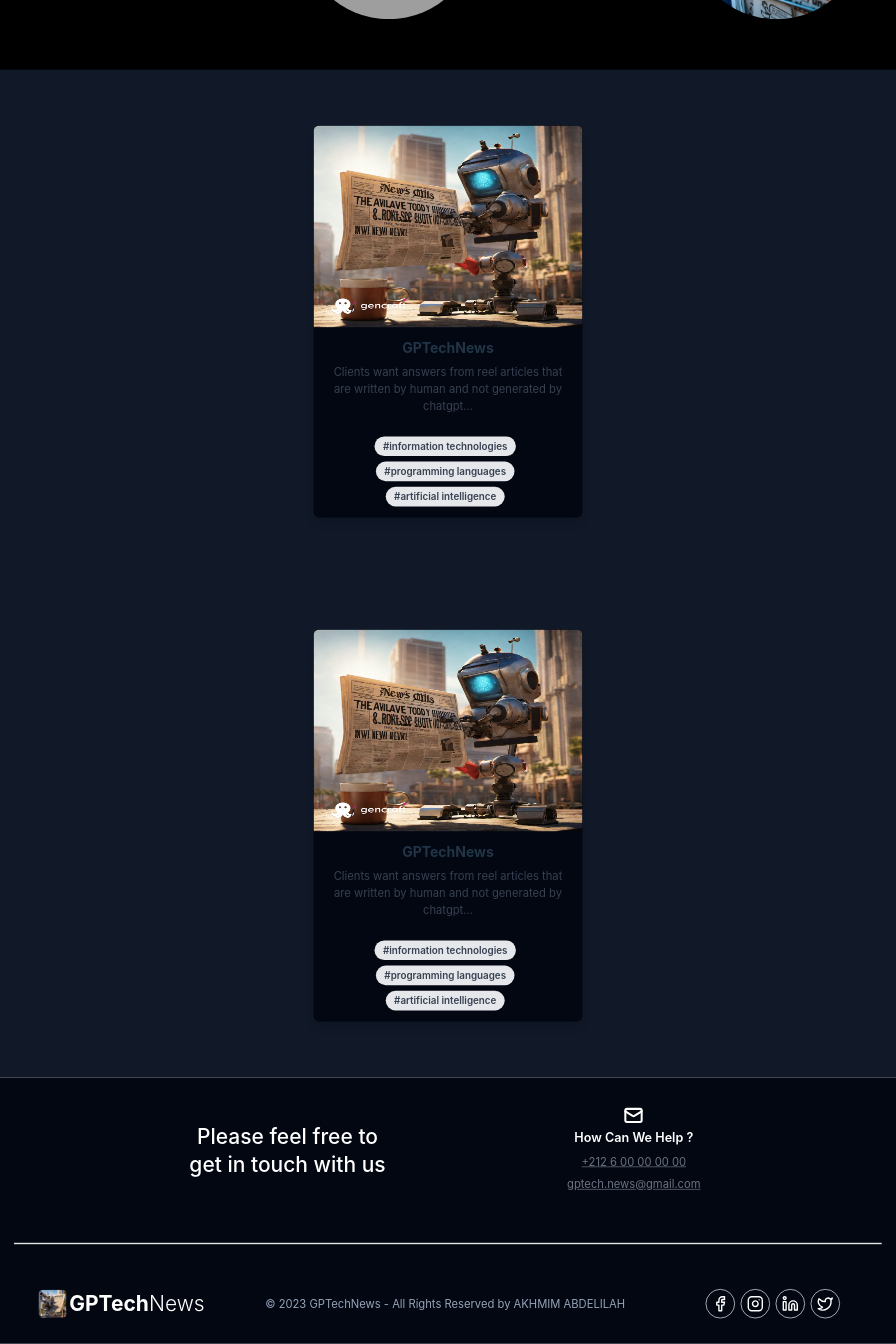
Repository: Lablab-me-Hackathon/gptech-news-frontend
Page: /
The author's editor kept a copy of each file at every save. The page is drawn from the files as they stood at one save, then again after the next save.
The browser window is 1280 px wide. The pictures show the part of the page from y = 668 to 2588 px (the page is 2588 px tall before and 2028 px after), at 70% of full size.
Pictures or frames that could not be fetched are drawn as grey boxes. The project was rebuilt for these pictures with package versions that can differ from the ones it lists, and the page was loaded fresh each time. Also part of the build but not shown: vite.config.js.

Above is the page before, as saved 2023-08-07 18:40:52.

### index.html
<!doctype html>
<html lang="en">
  <head>
    <meta charset="UTF-8" />
    <link rel="icon" type="image/svg+xml" href="/logo.png" />
    <meta name="viewport" content="width=device-width, initial-scale=1.0" />
    <title>GPTech News</title>
  </head>
  <body>
    <div id="root"></div>
    <script type="module" src="/src/main.jsx"></script>
  </body>
</html>

### src/App.jsx
import './styles/App.css'
import Header from './components/Header'
import Main from './components/Main';
import Footer from './components/Footer';

function App() {

  return (
    <div className='w-full h-full flex-box flex-col'>
     <Header />
      <Main />
      <Footer />
    </div>
  )
}

export default App

### src/styles/index.css
@tailwind base;
@tailwind components;
@tailwind utilities;

* {
  padding: 0;
  margin: 0;
}

@layer components {
  .menu-item {
    @apply p-2 text-stone-300 text-base font-normal cursor-pointer flex-1 border-black rounded hover:text-blue-950 uppercase;
  }
  .flex-box {
    @apply flex items-center justify-center;
  }
}

:root {
  font-family: Inter, system-ui, Avenir, Helvetica, Arial, sans-serif;
  line-height: 1.5;
  font-weight: 400;

  color-scheme: light dark;
  color: rgba(255, 255, 255, 0.87);
  background-color: #242424;

  text-rendering: optimizeLegibility;
  -webkit-font-smoothing: antialiased;
  -moz-osx-font-smoothing: grayscale;
}

a {
  font-weight: 500;
  color: #646cff;
  text-decoration: inherit;
}
a:hover {
  color: #535bf2;
}

body {
  min-width: 320px;
  min-height: 100vh;
}

h1 {
  font-size: 3.2em;
  line-height: 1.1;
}

button {
  border-radius: 8px;
  border: 1px solid transparent;
  padding: 0.6em 1.2em;
  font-size: 1em;
  font-weight: 500;
  font-family: inherit;
  background-color: #1a1a1a;
  cursor: pointer;
  transition: border-color 0.25s;
}
button:hover {
  border-color: #646cff;
}
button:focus,
button:focus-visible {
  outline: 4px auto -webkit-focus-ring-color;
}

@media (prefers-color-scheme: light) {
  :root {
    color: #213547;
    background-color: #ffffff;
  }
  a:hover {
    color: #747bff;
  }
  button {
    background-color: #f9f9f9;
  }
}

### src/styles/App.css
#root {
  /* margin: 0 auto; */
  text-align: center;
}

.logo {
  height: 6em;
  padding: 1.5em;
  will-change: filter;
  transition: filter 300ms;
}
.logo:hover {
  filter: drop-shadow(0 0 2em #646cffaa);
}
.logo.react:hover {
  filter: drop-shadow(0 0 2em #61dafbaa);
}

@keyframes logo-spin {
  from {
    transform: rotate(0deg);
  }
  to {
    transform: rotate(360deg);
  }
}

@media (prefers-reduced-motion: no-preference) {
  a:nth-of-type(2) .logo {
    animation: logo-spin infinite 20s linear;
  }
}

.card {
  padding: 2em;
}

.read-the-docs {
  color: #888;
}

### src/components/Header.jsx
import MenuItems from "../services/header/MenuItems";
import Logo from "../services/header/Logo";
import SignUp from "../services/header/SignUp";

// import "../styles/Header.css";

function Header() {
  return (
    <div className="header flex-box px-2 justify-around flex-col md:flex-row w-full h-full py-3 bg-gray-950 text-center">
      <Logo />
      <MenuItems />
      <SignUp />
    </div>
  );
}

export default Header;

### src/components/Main.jsx
import Articles from "../services/articles/Articles";
import Welcome from "../services/main/Welcome";
import Cards from "./../services/main/Cards";

function Main() {
  return (
    <div className="text-center w-full scroll-smooth bg-gray-900">
      <div className="w-full flex-box">
        <Welcome />
      </div>

      <div className="w-full flex-box py-20">
        <Cards />
      </div>

      <div className="w-full flex-box py-20">
        <Articles />
      </div>
    </div>
  );
}

export default Main;

### src/components/Footer.jsx

import TopFooter from './../services/footer/TopFooter';
import BotFooter from "../services/footer/BotFooter";

function Footer() {
  return (
    <div className="w-full h-full px-5 py-5 flex-box flex-col bg-gray-950 scroll-smooth text-center">
      <TopFooter />
      <div className="w-full h-px border border-neutral-200"></div>
      <BotFooter />
    </div>
  );
}

export default Footer;

### src/services/header/MenuItems.jsx
function MenuItems() {
  return (
    <div className="flex items-center justify-between py-5 ">
      <div className="menu-item">Home</div>
      <div className="menu-item">Why GPTechNews</div>
      <div className="menu-item">Start GPTechNews</div>
      <div className="menu-item">About us</div>
    </div>
  );
}

export default MenuItems;

### src/services/header/Logo.jsx

function Logo() {
  return (
    <div className="w-48 h-10 flex-box">
      <img className="w-10 h-10 mx-1 rounded-md" src="logo.png" alt='logo' />
      <div className="">
        <span className="text-white text-3xl font-bold">GPTech</span>
        <span className="text-white text-3xl font-light">News</span>
      </div>
    </div>
  )
}

export default Logo

### src/services/header/SignUp.jsx
import { LogIn } from "lucide-react";

function SignUp() {
  return (
    <div className="w-40 h-12 justify-center items-center inline-flex cursor-pointer uppercase">
      <div className="px-6 py-3.5 bg-gray-400 bg-opacity-25 rounded justify-start items-start gap-2.5 inline-flex">
        <div className="flex-box text-center text-white text-base font-semibold leading-tight">
          Sign up &nbsp;
          <LogIn />
        </div>
      </div>
    </div>
  );
}

export default SignUp;

### src/services/articles/Articles.jsx
import axios from "axios"
import { useEffect, useState } from "react"

function Articles() {
  const [articles, setArticles] = useState([])
  console.log(articles);
  const getArticles = async () => {
    try {
      const res = await axios.get('http://localhost:4000/')
      setArticles(res.data)
    } catch (error) {
      console.log(error)
    }
  }
  useEffect(() => {
    getArticles()
  }, []
  )
  return (
    <div>
      <div className="bg-gray-950 w-96 rounded-lg overflow-hidden shadow-lg">
        <img
          className="w-full h-72"
          src="ainews.jpg"
          alt="ai news article"
        />
        <div className="px-6 py-4">
          <div className="font-bold text-xl mb-2">GPTechNews</div>
          <p className="text-gray-700 text-base ">
            Clients want answers from reel articles that are written by human and not generated by chatgpt...
          </p>
        </div>
        <div className="px-6 pt-4 pb-2">
          <span className="inline-block bg-gray-200 rounded-full px-3 py-1 text-sm font-semibold text-gray-700 mr-2 mb-2">
            #information technologies
          </span>
          <span className="inline-block bg-gray-200 rounded-full px-3 py-1 text-sm font-semibold text-gray-700 mr-2 mb-2">
            #programming languages
          </span>
          <span className="inline-block bg-gray-200 rounded-full px-3 py-1 text-sm font-semibold text-gray-700 mr-2 mb-2">
            #artificial intelligence
          </span>
        </div>
      </div>
    </div>
  );
}

export default Articles;

### src/services/main/Welcome.jsx
import Button from "./Button";

function Welcome() {
  return (
    <div className="bg-black w-full text-white py-2 flex-box">
      <div className="w-full flex-box flex-col md:flex-row my-6">
        <div className="w-full lg:w-1/3 items-start p-8">
          <h1 className="text-3xl md:text-5xl p-2 text-yellow-300 tracking-loose">
            Welcome in GPTechNews
          </h1>
          <h2 className="text-3xl md:text-5xl leading-relaxed md:leading-snug mb-2">
            IT News : Grow your career
          </h2>
          <p className="text-sm md:text-base text-gray-50">
            Explore your favorite news and register now to stay up-to-date and
            discover exciting articles.
          </p>
          <Button />
        </div>
        <div className="flex-box p-8">
          <div className="flex-box">
            <div className="mx-3">
              <img
                className="w-96 h-96 rounded-full mt-28 hidden xl:block"
                src="googleNews.jpg"
              />
            </div>
            <div className="mx-3">
              <img
                className="w-96 h-96 rounded-full inline-block p-8 md:p-0"
                src="goodNews.jpg"
              />
            </div>
            <div className="mx-3">
              <img
                className="w-96 h-96 rounded-full mt-28 hidden lg:block"
                src="newsPaper.jpg"
              />
            </div>
          </div>
        </div>
      </div>
    </div>
  );
}

export default Welcome;

### src/services/main/Cards.jsx
function Cards() {
  return (
    <div>
      <div className="bg-gray-950 w-96 rounded-lg overflow-hidden shadow-lg">
        <img
          className="w-full h-72"
          src="ainews.jpg"
          alt="ai news article"
        />
        <div className="px-6 py-4">
          <div className="font-bold text-xl mb-2">GPTechNews</div>
          <p className="text-gray-700 text-base">
            Clients want answers from reel articles that are written by human and not generated by chatgpt...
          </p>
        </div>
        <div className="px-6 pt-4 pb-2">
          <span className="inline-block bg-gray-200 rounded-full px-3 py-1 text-sm font-semibold text-gray-700 mr-2 mb-2">
            #information technologies
          </span>
          <span className="inline-block bg-gray-200 rounded-full px-3 py-1 text-sm font-semibold text-gray-700 mr-2 mb-2">
            #programming languages
          </span>
          <span className="inline-block bg-gray-200 rounded-full px-3 py-1 text-sm font-semibold text-gray-700 mr-2 mb-2">
            #artificial intelligence
          </span>
        </div>
      </div>
    </div>
  );
}

export default Cards;

### src/services/footer/TopFooter.jsx
import { Mail} from "lucide-react";

function TopFooter() {
  return (
    <div className="top-footer w-full flex-box justify-evenly flex-col md:flex-row pb-12">
      <div className="text-white text-3xl font-medium leading-10 py-5">
        Please feel free to
        <br />
        get in touch with us
      </div>

      <div className="py-5 flex-box flex-col">
        <Mail size={28} strokeWidth={2.5} color="white" />
        <div className="py-1 text-white text-lg font-semibold leading-norma">
          How Can We Help ?
        </div>
        <div className="py-1 w-52 text-gray-500 text-base font-normal underline leading-normal">
          +212 6 00 00 00 00
        </div>

        <div className="py-1 w-52 text-gray-500 text-base font-normal underline leading-normal">
        gptech.news@gmail.com
        </div>
      </div>
    </div>
  );
}

export default TopFooter;

### src/services/footer/BotFooter.jsx
import Logo from "./../header/Logo";
import Copyright from "./Copyright";
import Social from "./Social";

function BotFooter() {
  return (
    <div className="bottom-footer w-full pt-12 flex-box justify-around flex-col md:flex-row flex-end">
      <Logo />
      <Copyright />
      <Social />
    </div>
  );
}

export default BotFooter;

### src/services/main/Button.jsx
// import { PropTypes } from "prop-types";

import { Newspaper } from "lucide-react";

const News = () => {
  // let { response } = props;
  const displayNews = async (e) => {
    e.preventDefault();
  };
  return (
    <div className="w-full flex-box py-10">
      <a
        href="#"
        className="bg-transparent hover:bg-yellow-300 text-yellow-300 hover:text-black rounded shadow hover:shadow-lg py-2 px-4 border border-yellow-300 hover:border-transparent flex-box"
        onClick={displayNews}
      >
        <p>Explore Now &nbsp;</p>
        <Newspaper />
      </a>
    </div>
  );
};

News.propTypes = {
  // response: PropTypes.string.isRequired,
};
export default News;

### src/services/footer/Copyright.jsx
function Copyright() {
  return (
    <div className="py-5 text-slate-400 text-base font-normal">
      © 2023 GPTechNews - All Rights Reserved by AKHMIM ABDELILAH
    </div>
  );
}

export default Copyright;

### src/services/footer/Social.jsx
import { Facebook, Instagram, Linkedin, Twitter } from "lucide-react";

function Social() {
  return (
    <div className="py-3">
      <div className="flex-box text-white">
        <div className="border cursor-pointer p-2 m-1 rounded-full ">
          <Facebook size={24} strokeWidth={2} />
        </div>
        <div className="border cursor-pointer p-2 m-1 rounded-full">
          <Instagram size={24} strokeWidth={2} />
        </div>
        <div className="border cursor-pointer p-2 m-1 rounded-full">
          <Linkedin size={24} strokeWidth={2} />
        </div>
        <div className="border cursor-pointer p-2 m-1 rounded-full">
          <Twitter size={24} strokeWidth={2} />
        </div>
      </div>
    </div>
  );
}

export default Social;

Loaded but not shown: src/main.jsx (common file); tailwind.config.js (common file)

After the next save:
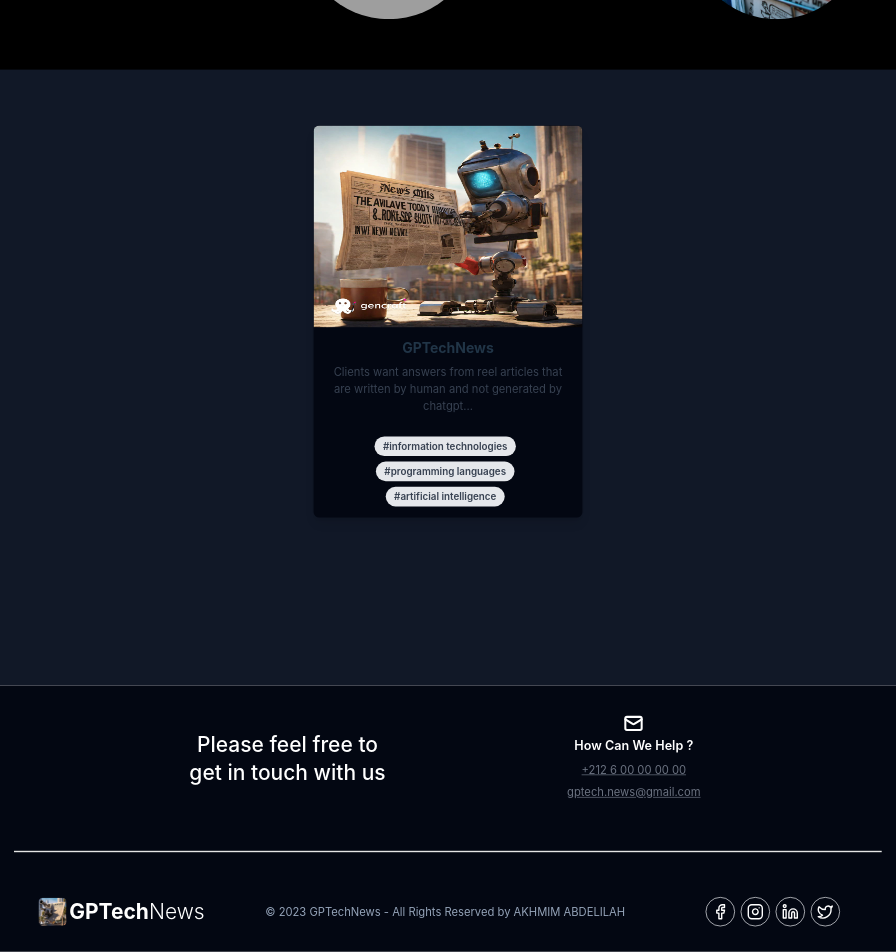
Saved 54 s later.
--- a/src/services/articles/Articles.jsx
+++ b/src/services/articles/Articles.jsx
@@ -18,30 +18,7 @@
   )
   return (
     <div>
-      <div className="bg-gray-950 w-96 rounded-lg overflow-hidden shadow-lg">
-        <img
-          className="w-full h-72"
-          src="ainews.jpg"
-          alt="ai news article"
-        />
-        <div className="px-6 py-4">
-          <div className="font-bold text-xl mb-2">GPTechNews</div>
-          <p className="text-gray-700 text-base ">
-            Clients want answers from reel articles that are written by human and not generated by chatgpt...
-          </p>
-        </div>
-        <div className="px-6 pt-4 pb-2">
-          <span className="inline-block bg-gray-200 rounded-full px-3 py-1 text-sm font-semibold text-gray-700 mr-2 mb-2">
-            #information technologies
-          </span>
-          <span className="inline-block bg-gray-200 rounded-full px-3 py-1 text-sm font-semibold text-gray-700 mr-2 mb-2">
-            #programming languages
-          </span>
-          <span className="inline-block bg-gray-200 rounded-full px-3 py-1 text-sm font-semibold text-gray-700 mr-2 mb-2">
-            #artificial intelligence
-          </span>
-        </div>
-      </div>
+
     </div>
   );
 }
